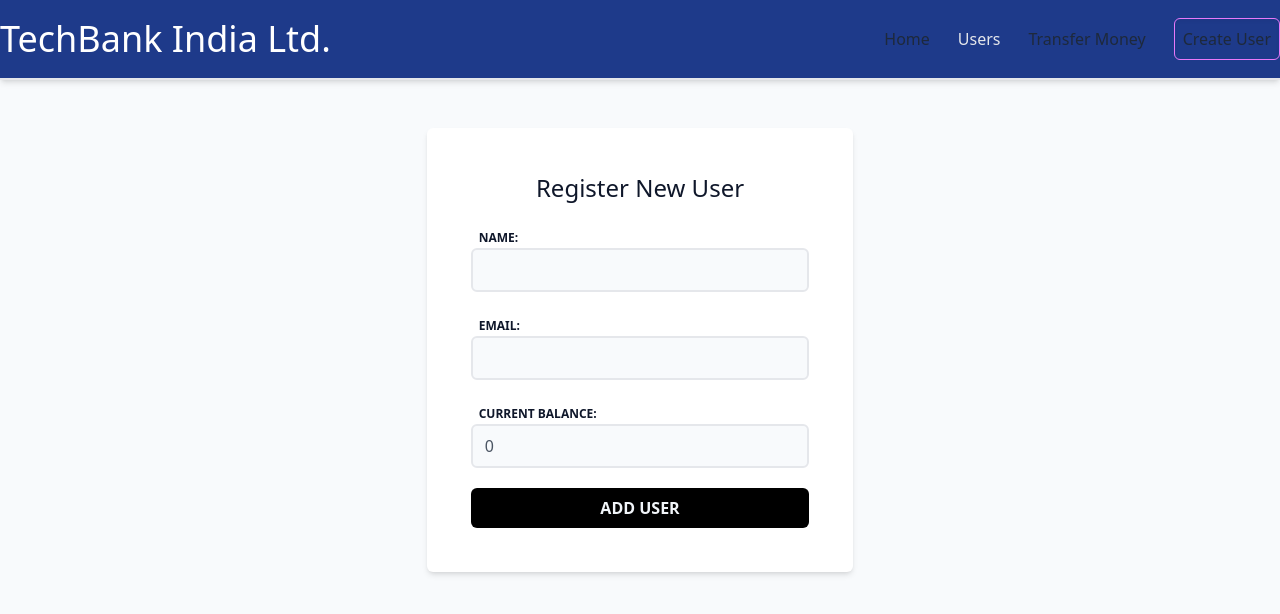
Repository: gauribhardwajj/Banking-System-TSF
Page: /createUser
The author's editor kept a copy of each file at every save. The page is drawn from the files as they stood at one save, then again after the next save.
The browser window is 1280 px wide. The pictures show the whole page.
The project was rebuilt for these pictures with package versions that can differ from the ones it lists, and the page was loaded fresh each time. A package was used in the major version that the imports need, not the one package.json lists. The framework's server and built-in components were replaced by stand-ins that run in the browser. Also part of the build but not shown: next.config.js.

Above is the page before, as saved 2024-07-26 00:27:15.

After the next save:
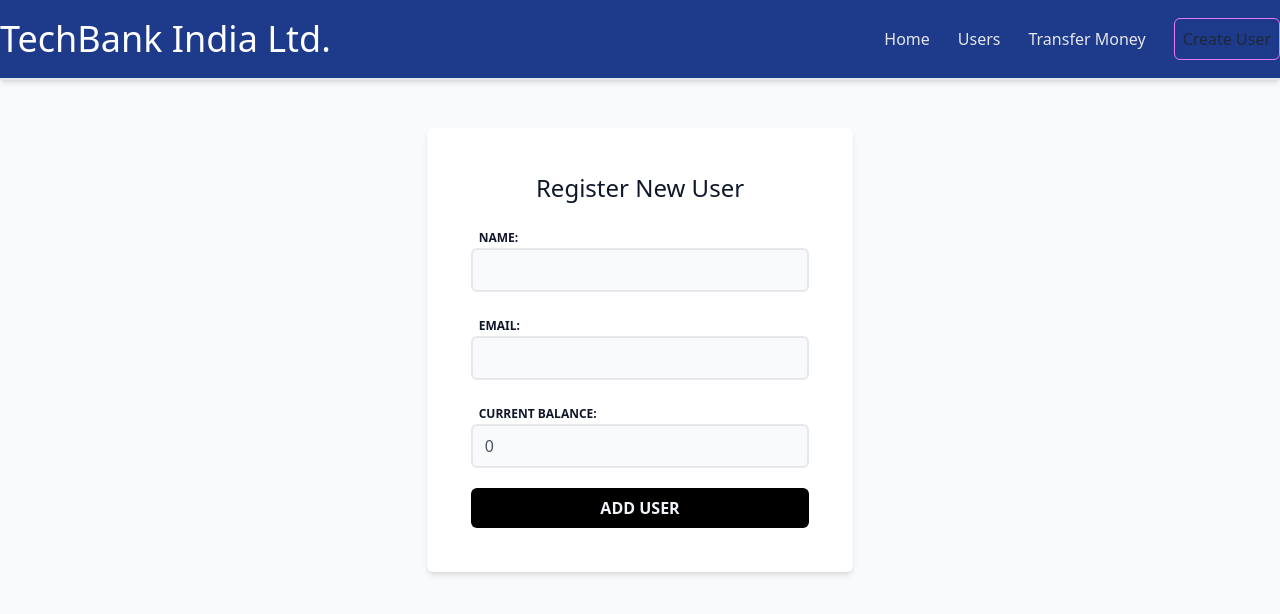
Saved 23 s later.
--- a/components/Navbar.js
+++ b/components/Navbar.js
@@ -20,7 +20,7 @@ function Navbar() {
         <ul className="flex items-center space-x-4 sm:space-x-7">
           <li
             onClick={() => router.push("/")}
-            className={`link text-slate-800 text-sm sm:text-base ${
+            className={`link text-gray-200 hover:text-white text-sm sm:text-base ${
               router.pathname === "/" && "active"
             }`}
           >
@@ -36,7 +36,7 @@ function Navbar() {
           </li>
           <li
             onClick={() => router.push(`/transferMoney`)}
-            className={`link text-slate-800 ${
+            className={`link text-gray-200 hover:text-white ${
               router.pathname === "/transferMoney" && "active"
             }`}
           >
